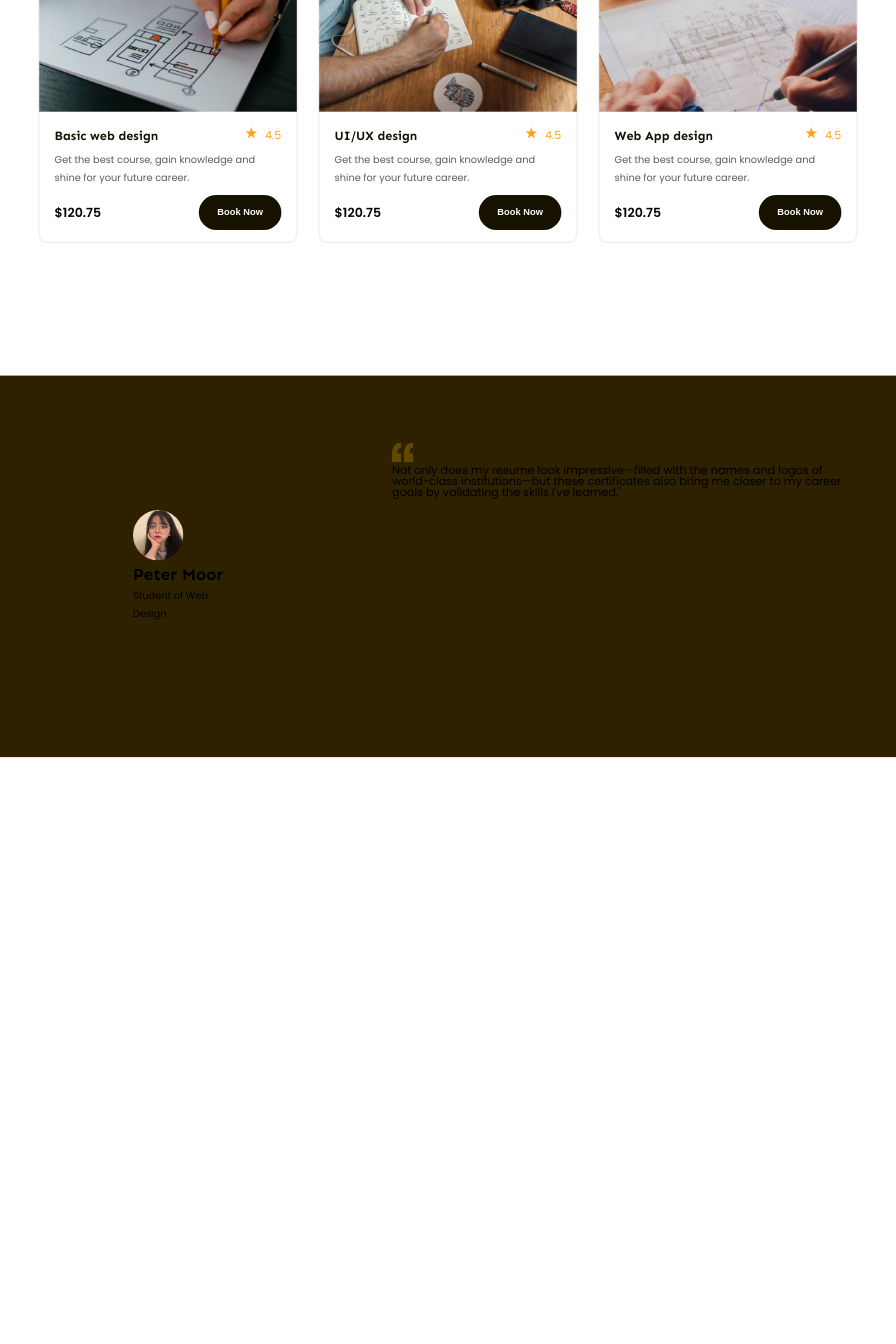
Repository: Toihoclaptrinh/duan1_figma
Page: index.html
These files come from the project's save history. The page is drawn as it stood at one moment and after the next save; the edit follows.
The browser window is 1280 px wide. The pictures show the part of the page from y = 1401 to 3321 px (the page is 10000 px tall), at 70% of full size.

Above is the page before, as saved 2024-02-09 23:37:41.

### index.html
<!DOCTYPE html>
<html lang="en">
  <head>
    <meta charset="UTF-8" />
    <meta name="viewport" content="width=device-width, initial-scale=1.0" />
    <!-- reset css -->
    <link rel="stylesheet" href="./assets/css/reset.css" />
    <!-- embet font -->
    <link rel="preconnect" href="https://fonts.googleapis.com" />
    <link rel="preconnect" href="https://fonts.gstatic.com" crossorigin />
    <link
      href="https://fonts.googleapis.com/css2?family=Poppins:ital,wght@0,400;0,500;0,600;0,700;1,400&family=Sen:wght@700&display=swap"
      rel="stylesheet"
    />

    <!-- style css -->
    <link rel="stylesheet" href="./assets/css/style.css" />

    <title>Figma</title>
  </head>
  <body style="height: 10000px">
    <!-- header -->
    <header class="header fixed">
      <div class="main-content">
        <div class="body">
          <!-- logo -->
          <img src="./assets/icon/Lesson..svg" alt="Lesson" />
          <!-- navigation -->
          <nav class="nav">
            <ul>
              <li class="active">
                <a href="#!">Home</a>
              </li>
              <li>
                <a href="#!">Courses</a>
              </li>
              <li>
                <a href="#!">Pricing</a>
              </li>
              <li>
                <a href="#!">Reviews</a>
              </li>
            </ul>
          </nav>
          <!-- btn action -->
          <div class="action">
            <a href="#!" class="btn btn-sign-up">Sign Up</a>
          </div>
        </div>
      </div>
    </header>

    <main>
       <!-- code phần hero -->
      <div class="hero">
        <div class="main-content">
          <div class="body">
            <!-- hero left -->
            <div class="media-block">
              <img
                src="./assets/img/guy-lesson 1.jpg"
                alt="ảnh minh họa"
                class="img"
              />
              <div class="hero-summary">
                <!-- item 1 -->
                <div class="item">
                  <div class="icon">
                    <img src="./assets/icon/Design.svg" alt="icon design" />
                  </div>
                  <div class="info">
                    <p class="label">20 Courses</p>
                    <p class="title">UI/UX Design</p>
                  </div>
                </div>
                <!-- item 2 -->
                <div class="item">
                  <div class="icon icon2">
                    <img src="./assets/icon/Dev.svg" alt="icon dev" />
                  </div>
                  <div class="info">
                    <p class="label">20 Courses</p>
                    <p class="title">Development</p>
                  </div>
                </div>
                <!-- item 3 -->
                <div class="item">
                  <div class="icon icon3">
                    <img src="./assets/icon/Mark.svg" alt="icon marketing" />
                  </div>
                  <div class="info">
                    <p class="label">30 Courses</p>
                    <p class="title">Marketing</p>
                  </div>
                </div>
              </div>
            </div>
              <!-- hero-right -->
              <div class="contain-block">
                <h1 class="heading">
                  Learn without limits and spread knowledge.
                </h1>
                <p class="desc">
                  Build new skills for that “this is my year” feeling with
                  courses, certificates, and degrees from world-class
                  universities and companies.
                </p>
                <div class="cta-group">
                  <a href="#!" class="btn">See Courses</a>
                  <button class="watch-video">
                    <div class="icon">
                      <img src="./assets/icon/Polygon 2.svg" alt="play video" />
                    </div>
                    <span>Watch Video</span>
                  </button>
                </div>
                <p class="desc descRecent">Recent engagement</p>
                <p class="desc descstrong" >
                  <strong>50K</strong> Students <strong>70+</strong> Courses
                </p>
              </div>
          </div>
        </div>
        </div>
      </div>
       <!-- code phần pupular -->
      <div class="popular">
        <div class="main-content">
          <div class="pupular-top">
            <!-- khối bên trái  -->
            <div class="info">
              <h2 class="heading-lv2">Our popular courses</h2>
              <p class="desc">Build new skills with new trendy courses and shine for the next future career.</p>
            </div>
              <div class="controls">
                <button class="control-btn">
                  <svg width="8" height="14" viewBox="0 0 8 14" fill="none" xmlns="http://www.w3.org/2000/svg">
                    <path d="M7 1L1 7L7 13" stroke="currentColor" stroke-linecap="round" stroke-linejoin="round"/>
                    </svg>
                </button>
                <button class="control-btn">
                  <svg width="8" height="14" viewBox="0 0 8 14" fill="none" xmlns="http://www.w3.org/2000/svg">
                    <path d="M1 1L7 7L1 13" stroke="currentColor" stroke-linecap="round" stroke-linejoin="round"/>
                    </svg>
                </button>
              </div>
          </div>
          <div class="courses-list">
            <!-- khối thứ 1  -->
            <div class="courses-item">
              <a href="#!"><img src="./assets/img/thumb.jpg" alt="Basic web design" class="thumb"></a>
              <div class="info">
                <div class="head">
                  <h3 class="title"><a href="#!">Basic web design</a></h3>
                  <div class="rating">
                      <img src="./assets/icon/Star.svg" alt="star" class="star">
                      <span class="value">4.5</span>
                   </div>
                </div>

              <div class="desc">
                <p>Get the best course, gain knowledge and shine for your future career.</p>
              </div>
              <div class="foot">
                <span class="price">$120.75</span>
                <button class="btn">Book Now</button>
              </div>
            </div>
          </div>
            <!-- khối thứ 2 -->
            <div class="courses-item">
             <a href="#!"> <img src="./assets/img/thum2.jpg" alt="UI/UX design" class="thumb"></a>
              <div class="info">
                <div class="head">
                  <h3 class="title"><a href="#!">UI/UX design</a></h3>
                  <div class="rating">
                    <img src="./assets/icon/Star.svg" alt="star" class="star">
                      <span class="value">4.5</span>
                   </div>
                </div>

              <div class="desc">
                <p>Get the best course, gain knowledge and shine for your future career.</p>
              </div>
              <div class="foot">
                <span class="price">$120.75</span>
                <button class="btn">Book Now</button>
              </div>
            </div>
          </div>
            <!-- khối thứ 3 -->
            <div class="courses-item">
              <a href="#!"><img src="./assets/img/thumb3.png" alt="Web App design" class="thumb"></a>
              <div class="info">
                <div class="head">
                  <h3 class="title"><a href="#!">Web App design</a></h3>
                  <div class="rating">
                    <img src="./assets/icon/Star.svg" alt="star" class="star">
                      <span class="value">4.5</span>
                   </div>
                </div>
                <div class="desc">
                  <p>Get the best course, gain knowledge and shine for your future career.</p>
                </div>
                <div class="foot">
                  <span class="price">$120.75</span>
                  <button class="btn">Book Now</button>
                </div>
            </div>
          </div>
        </div>
        </div>
     </div>
     <!-- code phần feedback -->
     <div class="feedback">
        <div class="main-content">
          <div class="feedback-list">
            <div class="feedback-items">
              <!-- khối bên trái -->
                <div class="info">
                  <img src="./assets/img/avatar.jpg" alt="avatar" class="avatar">
                  <p class="name">Peter Moor</p>
                  <p class="desc">Student of Web Design</p>
                  <div class="dots">
                    <span class="dot"></span>
                    <span class="dot"></span>
                    <span class="dot"></span>
                  </div>
                </div>
                <!-- khối bên phải -->
                <div class="describe">
                  <img src="./assets/icon/quotes.svg" alt="quotes" class="quotes">
                  <p class="desc"> Not only does my resume look impressive—filled with the names and logos of
                    world-class institutions—but these certificates also bring me closer to my career goals by
                    validating the skills I've learned." </p>
                </div>
            </div>
          </div>
        </div>
     </div>
    </main>
  </body>
</html>

### assets/css/style.css
/* font
 font-family: 'Poppins', sans-serif;
font-family: 'Sen', sans-serif;
 */

/* Phần code chung */

:root {
  --font-heading: "Sen", sans-serif;
  --primary-color: #ffb900;
}

* {
  box-sizing: border-box;
}
html {
  font-size: 62.5%;
}
body {
  font-size: 1.6rem;
  font-family: "Poppins", sans-serif;
}

a {
  text-decoration: none;
}

.heading-lv2 {
  font-family: var(--font-heading);
  font-size: 3.8rem;
  font-weight: 700;
  line-height: 1.27;
  letter-spacing: -0.76px;
}

/* code phần khối giao diện */
.main-content {
  width: 1170px;
  margin-left: auto;
  margin-right: auto;
  max-width: calc(100% - 48px);
}

/* Phần header */
.header {
  background: #fffcf4;
}
.header.fixed {
  position: sticky;
  /* phần phía trên sign up cách phía trên 8px cho bằng với phần bên dưới,nên để top -28px(36px-8),để âm 28 để cho phần
  thừa ra bị ẩn đi */
  top: -28px;
  z-index: 1;
}

.header .body {
  display: flex;
  align-items: center;
  padding: 36px 0px 8px;
}

.nav ul {
  display: flex;
}
.nav {
  margin-left: auto;
}

/* Thanh điều hướng */
.nav a {
  position: relative;
  color: #5f5b53;
  font-size: 1.6rem;
  padding: 8px 21px;
}

/* Dùng shadow tạo hiệu ứng in đậm khi hover  */
.nav li.active a,
.nav a:hover {
  color: #171100;
  text-shadow: 1px 0px 0px currentColor;
}

/* tạo dấu gạch chân dưới Home */
.nav li.active a::after {
  left: 21px;
  bottom: 6px;
  position: absolute;
  display: block;
  content: "";
  width: 12px;
  height: 2px;
  border-radius: 1px;
  background: #171100;
}

/* sign-up  */
.btn {
  display: inline-block;
  line-height: 50px;
  padding: 0 16px;
  min-width: 118px;
  color: #fff;
  text-align: center;
  font-weight: 600;
  border-radius: 999px;
  background: #171100;
}

.btn:hover {
  opacity: 0.9;
}

.header .btn-sign-up {
  min-width: 144px;
}

.header .action {
  margin-left: 49px;
}

/* phần hero  */

.hero {
  padding: 56px 0 65px;
  background-color: #fffcf4;
}

.hero .body {
  display: flex;
}

/* =========== hero left ================== */

.hero .media-block {
  width: 48%;
  position: relative;
}

.hero .media-block .img {
  width: 470px;
  height: 685px;
  object-fit: cover;
  border-radius: 20px;
}

.hero .hero-summary {
  width: 270px;
  padding: 24px;
  position: absolute;
  bottom: 48px;
  left: 300px;
  border-radius: 20px;
  background-color: #ffffff;
}

.hero-summary .item {
  display: flex;
  align-items: center;
}

.hero-summary .item + .item {
  margin-top: 22px;
}

.hero-summary .icon {
  width: 48px;
  height: 48px;
  border-radius: 50%;
  display: flex;
  justify-content: center;
  background-color: #fff9e8;
}

.hero-summary .icon2 {
  background-color: #fcefff;
}

.hero-summary .icon2 {
  background-color: #ebeaff;
}

.hero-summary .info {
  margin-left: 16px;
}

.hero-summary .info .label {
  font-size: 1.4rem;
  line-height: 1.86;
  color: #5f5b53;
}

.hero-summary .info .title {
  font-size: 1.4rem;
  color: #171100;
  line-height: 1.67;
  font-weight: 600;
}

/* =============== hero right ======= */

.hero .contain-block {
  width: 52%;
  padding-left: 130px;
  padding-top: 64px;
}

.hero .heading {
  color: #171100;
  font-family: var(--font-heading);
  font-size: 5.8rem;
  font-weight: 700;
  line-height: 1.17;
  letter-spacing: -1.16px;
}

.hero .desc {
  margin-top: 22px;
  font-size: 1.8rem;
  line-height: 1.67;
  color: #5f5b53;
}

.hero .cta-group {
  display: flex;
  margin-top: 38px;
  align-items: center;
}

.hero .btn {
  min-width: 180px;
  background-color: var(--primary-color);
  line-height: 64px;
}

.hero .watch-video {
  margin-left: 28px;
  border: none;
  background-color: transparent;
  display: flex;
  align-items: center;
  cursor: pointer;
}

.hero .watch-video .icon {
  width: 40px;
  height: 40px;
  background-color: #ffffff;
  border-radius: 40px;
  display: flex;
  align-items: center;
  justify-content: center;
  box-shadow: rgba(67, 71, 85, 0.27) 0px 0px 0.25em,
    rgba(90, 125, 188, 0.05) 0px 0.25em 1em;
}

.hero .watch-video span {
  margin-left: 14px;
  font-size: 1.8rem;
  font-weight: 600;
  line-height: 1.67;
}

.hero .descRecent {
  margin-top: 48px;
}

.hero .descstrong strong {
  font-family: var(--font-heading);
  font-size: 4.4rem;
  font-weight: 700;
  line-height: 1.23;
  color: #171100;
  margin-right: 15px;
}

.hero .descstrong {
  margin-top: 8px;
}

.hero .descstrong strong:nth-child(2) {
  margin-left: 28px;
}

.popular {
  padding: 65px 0px 55px;
  margin-top: 135px;
}

.pupular-top {
  display: flex;
  justify-content: space-between;
}

.pupular-top .desc {
  width: 458px;
  color: #5f5b53;
  font-size: 1.8rem;
  font-weight: 400;
  line-height: 1.67;
  margin-top: 16px;
}

.pupular-top .controls {
  display: flex;
  gap: 18px;
}

.pupular-top .control-btn {
  background-color: transparent;
  width: 40px;
  height: 40px;
  border: 1px solid var(--primary-color);
  border-radius: 50%;
  display: flex;
  justify-content: center;
  align-items: center;
  color: #ffb900;
}

.pupular-top .control-btn:hover {
  background-color: #ffb900;
  color: #ffffff;
  cursor: pointer;
}

.popular .courses-list {
  display: flex;
  margin-top: 55px;
  justify-content: space-between;
  gap: 30px;
}

.popular .courses-list .courses-item {
  flex: 1;
  max-width: 370px;
  height: 466px;
  border-radius: 12px;
  border: 1px solid #e2dfda;
}

.popular .courses-list .courses-item:hover {
  box-shadow: 0px 18px 36px 0px #0000000d;
  border: none;
}
.popular .courses-item .thumb {
  width: 100%;
  height: 278px;
  object-fit: cover;
}

.popular .courses-item .info {
  margin: 16px 22px 22px;
}

.popular .courses-item .head {
  display: flex;
  align-items: center;
  justify-content: space-between;
}

.popular .courses-item .title a {
  color: #171100;
  font-family: var(--font-heading);
  font-size: 1.8rem;
  font-weight: 600;
  line-height: 1.67;
}

.courses-item .head .value {
  font-size: 1.6rem;
  font-weight: 400;
  line-height: 1.75;
  color: #fea31b;
  margin-left: 6px;
}

.popular .courses-item .desc {
  font-size: 1.4rem;
  font-weight: 400;
  line-height: 1.86;
  color: #5f5b53;
  margin-top: 6px;
}

.popular .courses-item .foot {
  display: flex;
  align-items: center;
  justify-content: space-between;
  margin: 12px 0px 22px;
}

.popular .courses-item .foot .price {
  font-size: 1.8rem;
  font-weight: 600;
  line-height: 1.67;
}

.popular .courses-item .foot .btn {
  border: none;
}

.courses-item .foot .btn:hover {
  background-color: #ffb900;
  color: #ffffff;
  cursor: pointer;
}

/* code phần feedback */

.feedback {
  background-color: #2e2100;
  margin-top: 135px;
  padding: 96px 0px;
}

.feedback .feedback-items {
  display: flex;
  justify-content: space-between;
}

.feedback .info {
  width: 159px;
  margin: 96px 241px 96px 135px;
}

.feedback .info .avatar {
  border-radius: 999px;
  width: 72px;
}

.feedback .info .name {
  font-family: var(--font-heading);
  font-size: 2.4rem;
  font-weight: 700;
  line-height: 1.42;
  white-space: nowrap;
}

.feedback .info .desc {
  font-size: 1.4rem;
  font-weight: 400;
  line-height: 26px;
  letter-spacing: 0em;
  text-align: left;
}

Loaded but not shown: assets/css/reset.css (common file)

After the next save:
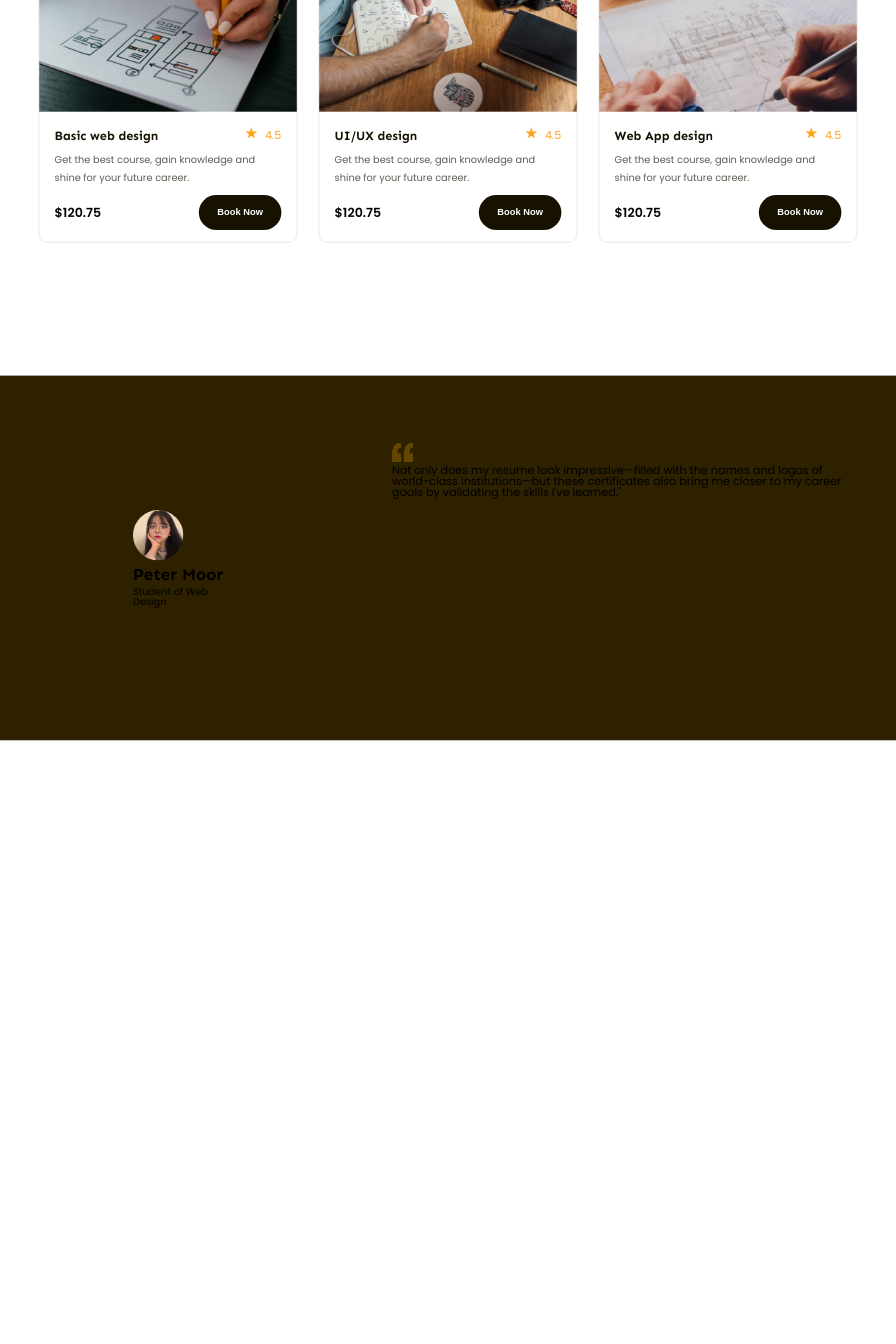
Saved 22 s later.
--- a/assets/css/style.css
+++ b/assets/css/style.css
@@ -440,7 +440,7 @@
 .feedback .info .desc {
   font-size: 1.4rem;
   font-weight: 400;
-  line-height: 26px;
+  line-height: 26p1.86;
   letter-spacing: 0em;
   text-align: left;
 }

After the save that followed:
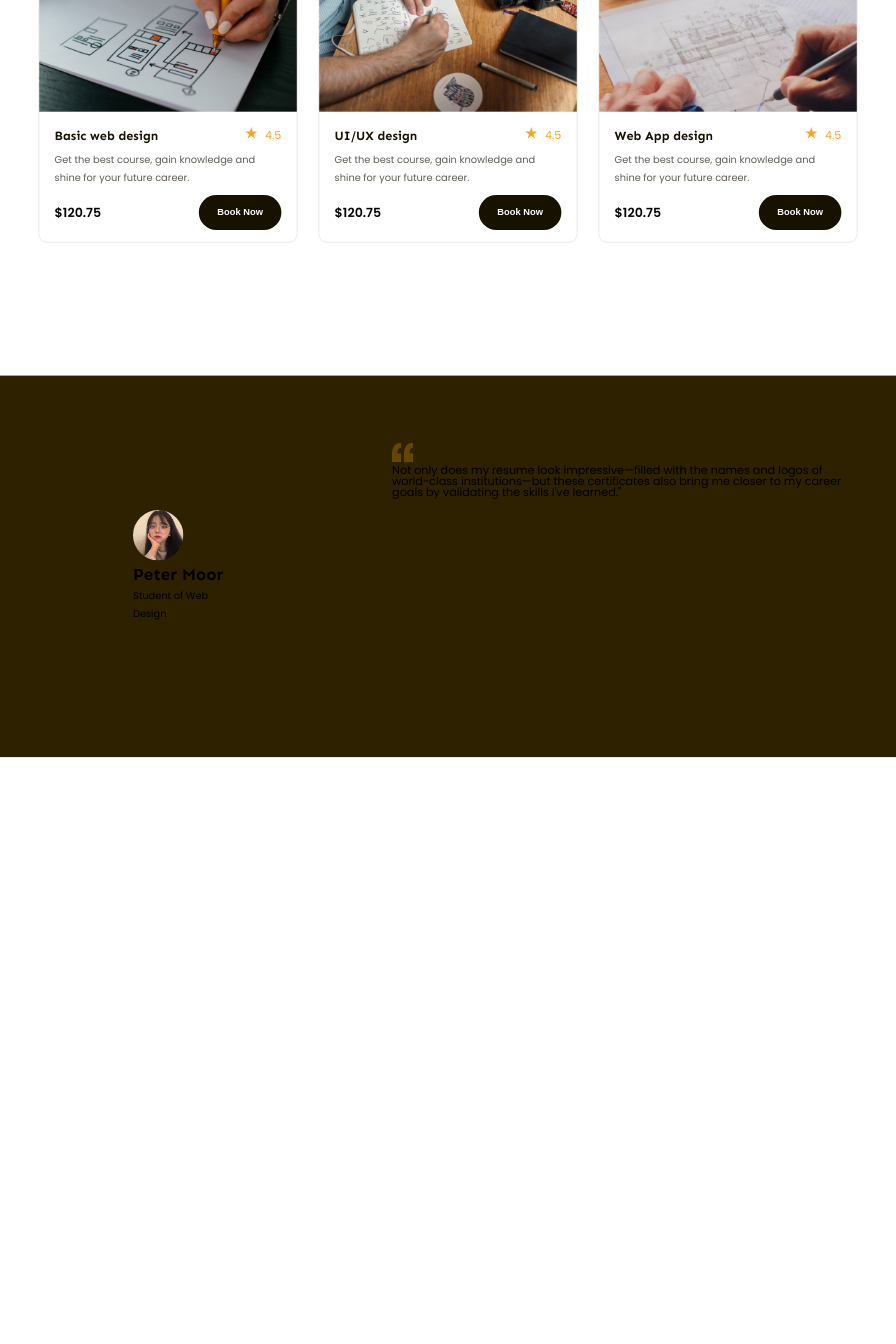
Saved 4 s later.
--- a/assets/css/style.css
+++ b/assets/css/style.css
@@ -440,7 +440,7 @@
 .feedback .info .desc {
   font-size: 1.4rem;
   font-weight: 400;
-  line-height: 26p1.86;
+  line-height: 1.86;
   letter-spacing: 0em;
   text-align: left;
 }
